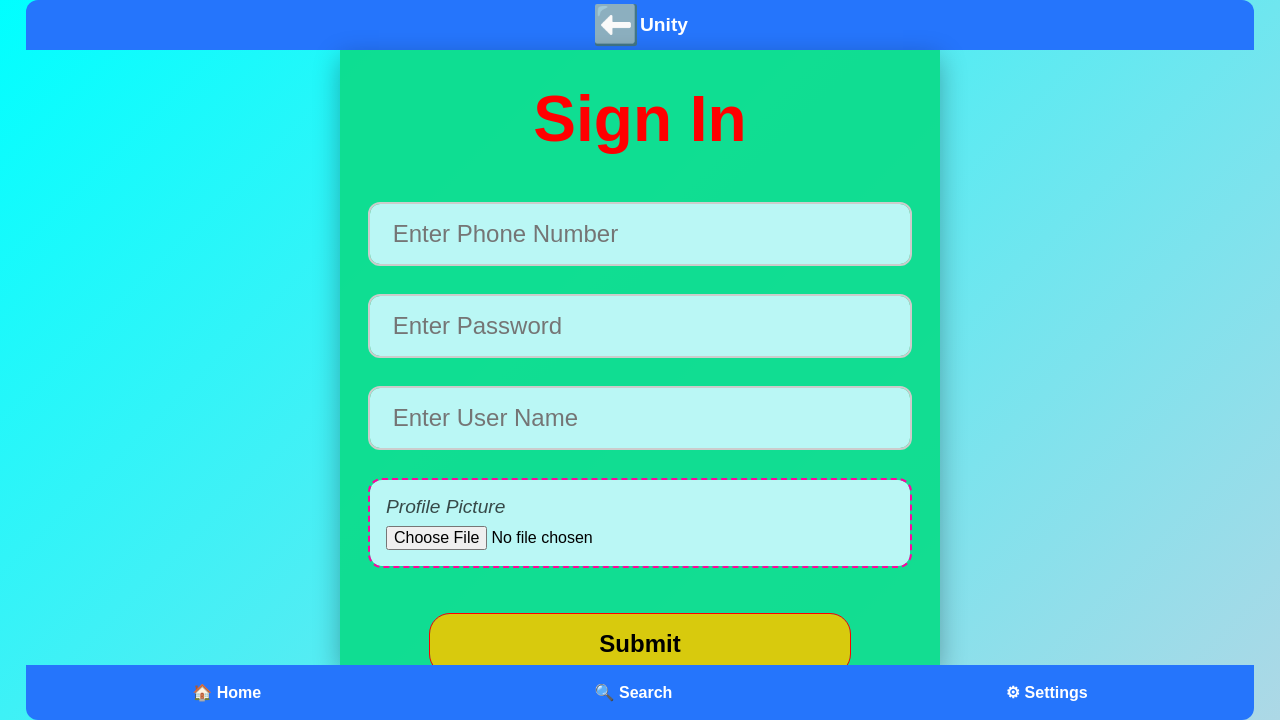
Repository: Amani-Kibet/express-app-web
Page: pages/signin.html
An editor plug-in stored every save of this project. The page is shown before and after the next save, followed by the edit.
The browser window is 1280 px wide. The pictures show the whole page.
An inner scrolling area shows only its first screen.

Above is the page before, as saved 2025-09-30 12:08:13.

After the next save:
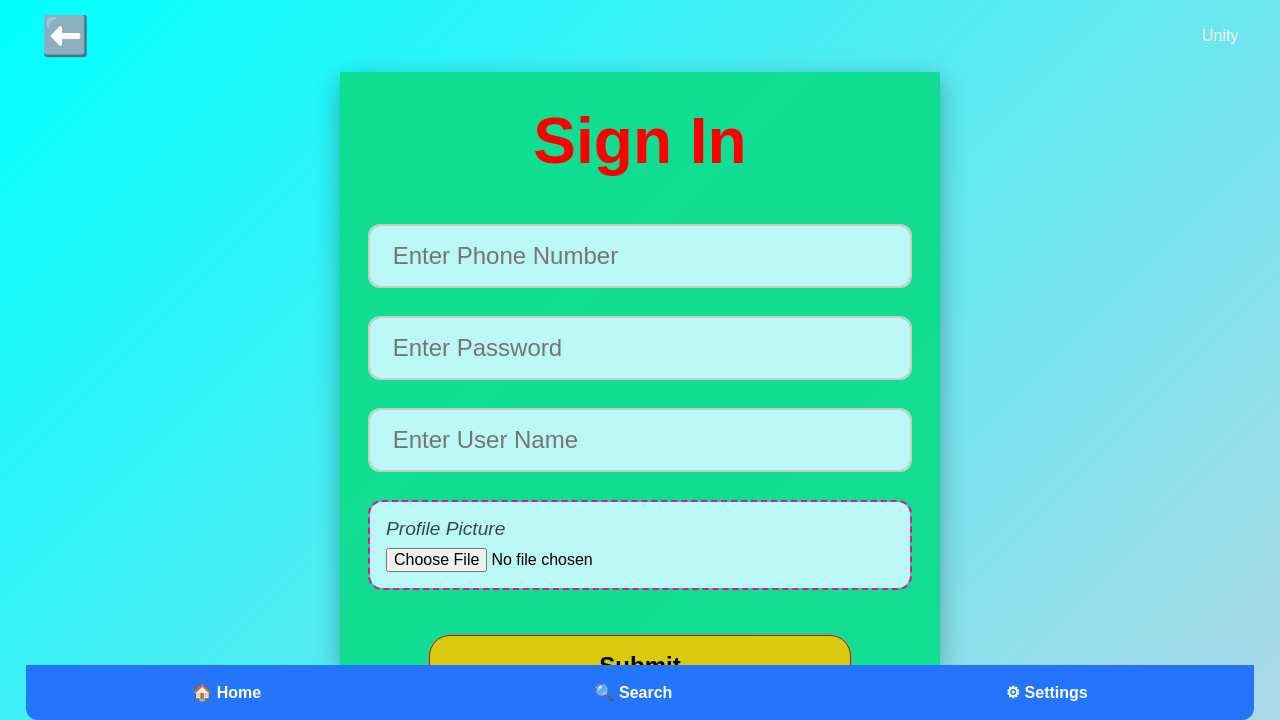
Saved 75 s later.
--- a/pages/signin.html
+++ b/pages/signin.html
@@ -31,16 +31,13 @@
     /* Top App Bar */
     .top-bar {
       width: 100%;
-      height: 50px;
-      background: #2575fc;
+      box-sizing: border-box;
+      display: flex;
+      align-items: center;
+      justify-content: space-between;
+      padding: 0.8rem 1rem;
       color: white;
-      display: flex;
-      align-items: center;
-      justify-content: center;
-      font-weight: bold;
-      font-size: 1.2rem;
-      border-top-left-radius: 12px;
-      border-top-right-radius: 12px;
+      z-index: 2;
     }
 
     /* Bottom App Bar */

After the save that followed:
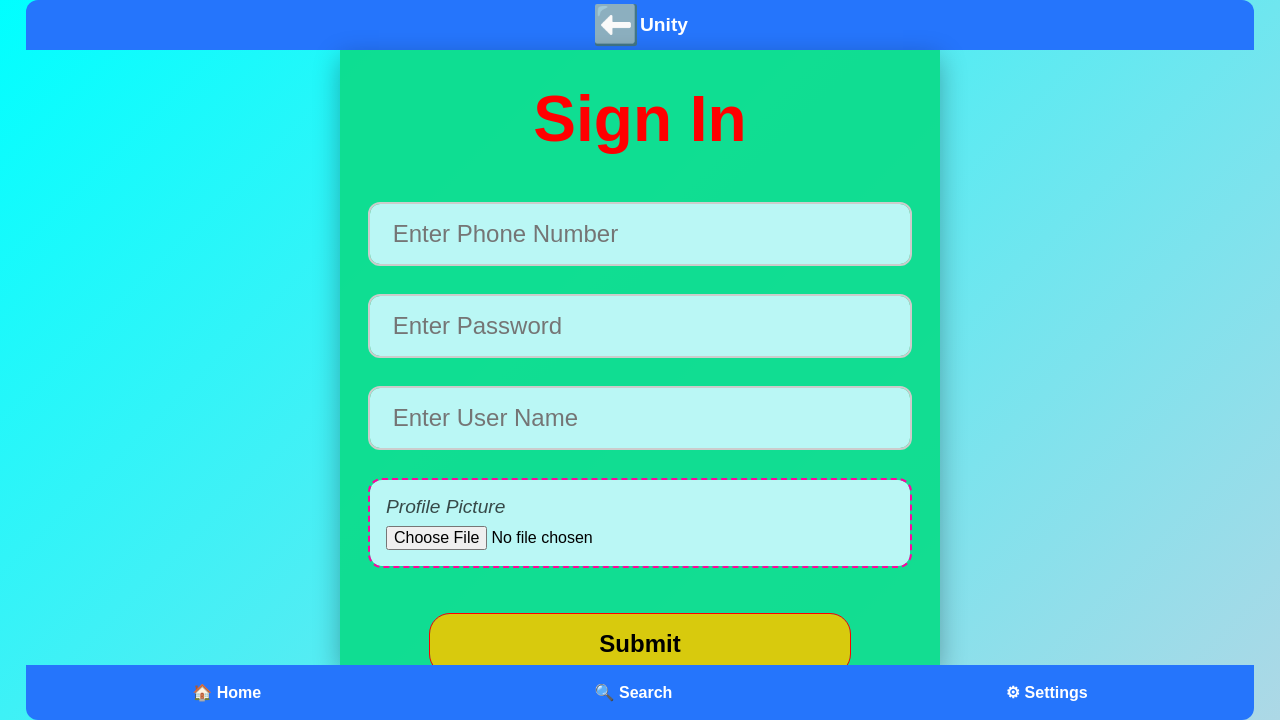
Saved 13 s later.
--- a/pages/signin.html
+++ b/pages/signin.html
@@ -31,13 +31,16 @@
     /* Top App Bar */
     .top-bar {
       width: 100%;
-      box-sizing: border-box;
-      display: flex;
-      align-items: center;
-      justify-content: space-between;
-      padding: 0.8rem 1rem;
+      height: 50px;
+      background: #2575fc;
       color: white;
-      z-index: 2;
+      display: flex;
+      align-items: center;
+      justify-content: center;
+      font-weight: bold;
+      font-size: 1.2rem;
+      border-top-left-radius: 12px;
+      border-top-right-radius: 12px;
     }
 
     /* Bottom App Bar */
